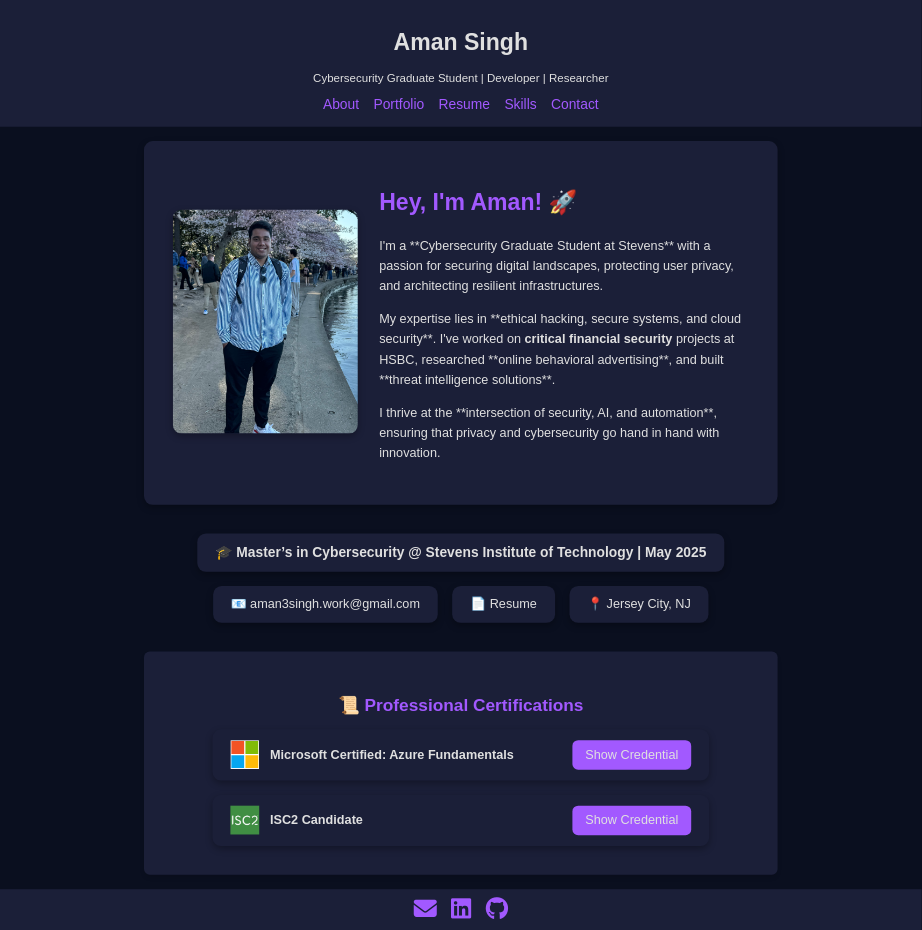
Repository: aman3singh/portfolio
Page: index.html
These files come from the project's save history. The page is drawn as it stood at one moment and after the next save; the edit follows.
The browser window is 1280 px wide. The pictures show the whole page, at 72% of full size.

Above is the page before, as saved 2025-02-11 22:44:59.

After the next save:
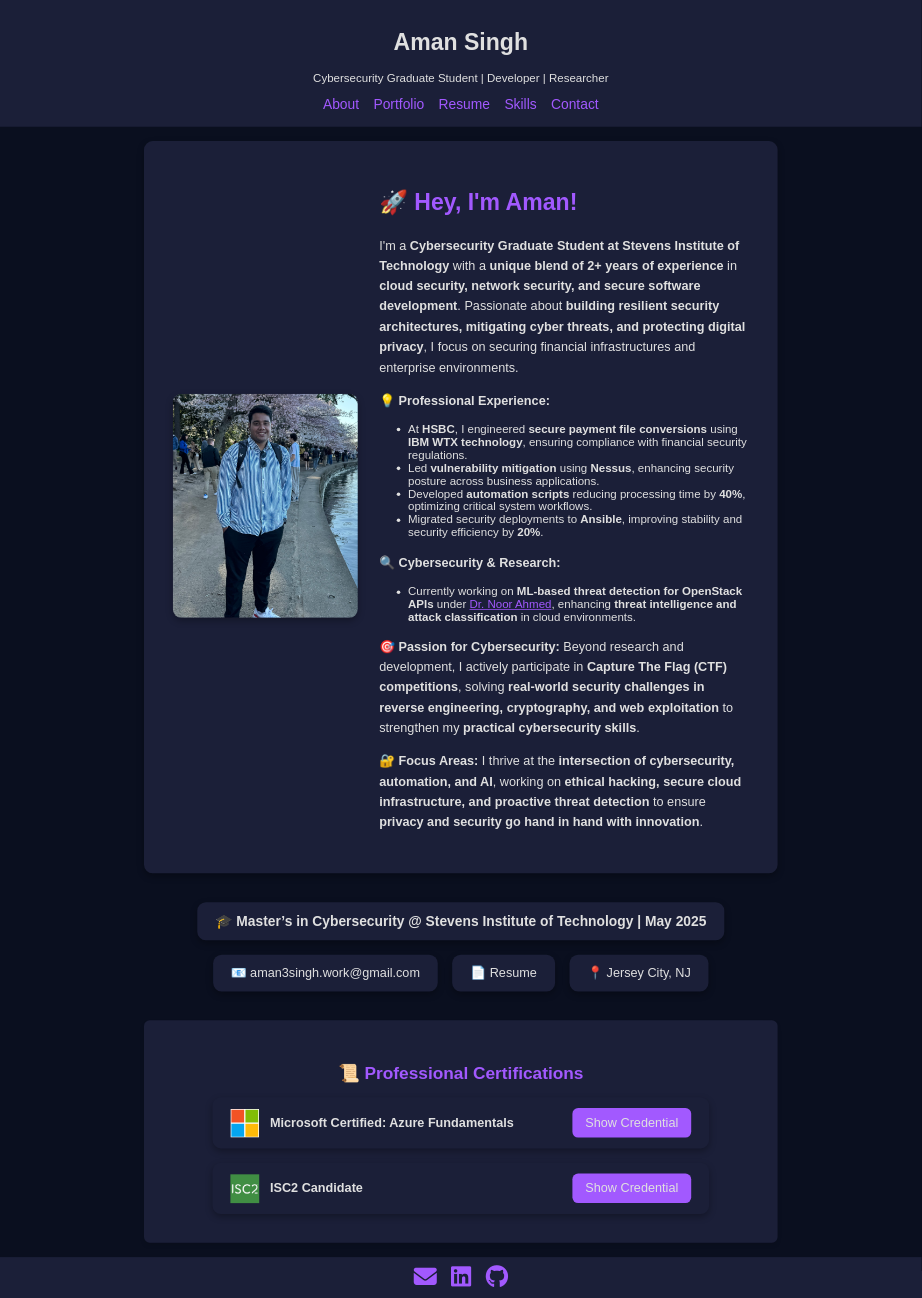
Saved 26 min 51 s later.
--- a/index.html
+++ b/index.html
@@ -25,15 +25,32 @@
             <img src="Aman.jpg" alt="Aman Singh" style="width: 100%; max-width: 300px; border-radius: 12px; box-shadow: 0px 4px 10px rgba(0, 0, 0, 0.3);">
         </div>
         <div style="flex: 2;">
-            <h2 style="color: #A259FF;">Hey, I'm Aman! 🚀</h2>
+            <h2 style="color: #A259FF;">🚀 Hey, I'm Aman!</h2>
             <p>
-                I'm a **Cybersecurity Graduate Student at Stevens** with a passion for securing digital landscapes, protecting user privacy, and architecting resilient infrastructures.
+                I'm a <b>Cybersecurity Graduate Student at Stevens Institute of Technology</b> with a <b>unique blend of 2+ years of experience</b> in <b>cloud security, network security, and secure software development</b>. Passionate about <b>building resilient security architectures, mitigating cyber threats, and protecting digital privacy</b>, I focus on securing financial infrastructures and enterprise environments.
             </p>
             <p>
-                My expertise lies in **ethical hacking, secure systems, and cloud security**. I've worked on <b>critical financial security</b> projects at HSBC, researched **online behavioral advertising**, and built **threat intelligence solutions**.
+                💡 <b>Professional Experience:</b>
+                <ul>
+                    <li>At <b>HSBC</b>, I engineered <b>secure payment file conversions</b> using <b>IBM WTX technology</b>, ensuring compliance with financial security regulations.</li>
+                    <li>Led <b>vulnerability mitigation</b> using <b>Nessus</b>, enhancing security posture across business applications.</li>
+                    <li>Developed <b>automation scripts</b> reducing processing time by <b>40%</b>, optimizing critical system workflows.</li>
+                    <li>Migrated security deployments to <b>Ansible</b>, improving stability and security efficiency by <b>20%</b>.</li>
+                </ul>
             </p>
             <p>
-                I thrive at the **intersection of security, AI, and automation**, ensuring that privacy and cybersecurity go hand in hand with innovation.
+                🔍 <b>Cybersecurity & Research:</b>
+                <ul>
+                    <li>Currently working on <b>ML-based threat detection for OpenStack APIs</b> under <a href="https://scholar.google.com/citations?user=zchOfB4AAAAJ&hl=en" target="_blank" style="color: #A259FF;">Dr. Noor Ahmed</a>, enhancing <b>threat intelligence and attack classification</b> in cloud environments.</li>
+                </ul>
+            </p>
+            <p>
+                🎯 <b>Passion for Cybersecurity:</b>
+                Beyond research and development, I actively participate in <b>Capture The Flag (CTF) competitions</b>, solving <b>real-world security challenges in reverse engineering, cryptography, and web exploitation</b> to strengthen my <b>practical cybersecurity skills</b>.
+            </p>
+            <p>
+                🔐 <b>Focus Areas:</b>
+                I thrive at the <b>intersection of cybersecurity, automation, and AI</b>, working on <b>ethical hacking, secure cloud infrastructure, and proactive threat detection</b> to ensure <b>privacy and security go hand in hand with innovation</b>.
             </p>
         </div>
     </section>
